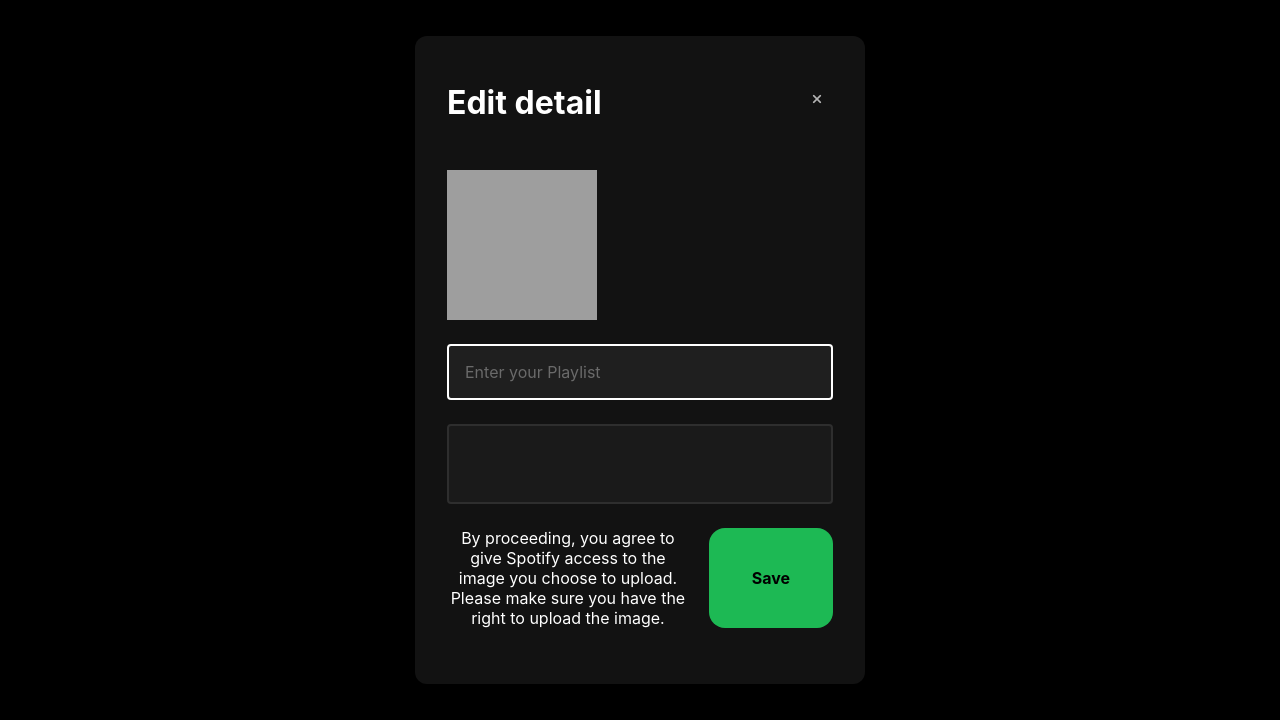
Repository: lannguyen1301/f8-zoom-module2
Page: nhap.html
An editor plug-in stored every save of this project. The page is shown before and after the next save, followed by the edit.
The browser window is 1280 px wide. The pictures show the whole page.
Pictures or frames that could not be fetched are drawn as grey boxes.

Above is the page before, as saved 2025-08-15 23:20:47.

### nhap.html
<!DOCTYPE html>
<html lang="en">

<head>
    <meta charset="UTF-8" />
    <meta name="viewport" content="width=device-width, initial-scale=1.0" />
    <title>Đen - Spotify</title>
    <!-- Font Awesome CDN -->
    <link rel="stylesheet" href="https://cdnjs.cloudflare.com/ajax/libs/font-awesome/6.5.1/css/all.min.css" />
    <link rel="stylesheet" href="css/reset.css" />
    <link rel="stylesheet" href="css/variables.css" />
    <link rel="stylesheet" href="css/components.css" />
    <link rel="stylesheet" href="css/layout.css" />
    <link rel="stylesheet" href="css/tooltips.css" />
    <link rel="stylesheet" href="css/responsive.css" />
    <style>
        .header-edit {
            display: flex;
            align-items: center;
            justify-content: space-between;
            margin-bottom: 48px;
            position: relative;
        }

        .modal-heading.header-edit-title {
            margin-bottom: 0;
        }

        .modal-close.modal-close-edit {
            position: absolute;
            top: 0;
            right: 0;


        }

        .profile-group {
            display: block;
            width: 150px;
            height: 150px;
            border-radius: 50%;
        }

        .profile-group .profile-img {
            display: block;
            width: 100%;
            height: 100%;
            object-fit: cover;
        }

        .input-profile {
            display: none;
        }

        .form-group .editor {
            height: auto;
            min-height: 80px;
            width: 100%;
            padding: var(--spacing-md);
            border: 2px solid var(--border-color);
            border-radius: var(--radius-sm);
            background-color: var(--bg-tertiary);
            color: var(--text-primary);
            font-size: 16px;
        }

        .editor::placeholder {
            color: var(--text-muted);
        }


        /* footer group */
        .footer-group {
            display: flex;
            gap: 20px;
        }
    </style>
</head>

<body>
    <div class="modal-overlay show" id="authModal">
        <div class="modal-container">


            <div class="modal-content">
                <!-- <div class="modal-logo">
                    <i class="fab fa-spotify"></i>
                </div> -->

                <!-- Sign Up Form -->
                <div class="auth-form" id="signupForm" style="display: block;">
                    <div class="header-edit">
                        <h1 class="modal-heading header-edit-title">
                            Edit detail
                        </h1>
                        <button class="modal-close modal-close-edit" id="modalClose">
                            <i class="fas fa-times"></i>
                        </button>
                    </div>
                    <form class="auth-form-content">
                        <!-- Avatar -->
                        <div class="form-group">
                            <label for="profile" class="profile-group">
                                <img src="./assets/img/avatar-icon.png" alt="" class="profile-img">
                            </label>
                            <input type="file" name="profile" id="profile" class="input-profile" multiple required
                                accept="image/*" autofocus readonly>
                        </div>

                        <!-- My Playlist -->
                        <div class="form-group">
                            <!-- <label for="name">Display Name</label> -->
                            <input type="text" name="name" id="name" class="form-input" maxlength="20" minlength="5"
                                pattern="[" size="30" placeholder="Enter your Playlist" autocomplete="on"
                                spellcheck="false" autofocus="">
                        </div>

                        <!-- textarea -->
                        <div class="form-group">
                            <label for="editor" onclick="editor.focus()" hidden>Nội dung</label>
                            <div id="editor" class="editor" contenteditable="" placeholder="Nhập nội dung..."
                                name="content" oninput="content.innerHTML = this.innerHTML"></div>
                            <textarea id="content" name="content" hidden=""></textarea>
                        </div>

                        <div class="footer-group">
                            <p class="footer-group-desc">By proceeding, you agree to give Spotify access to the image
                                you choose to upload. Please
                                make sure you have the right to upload the image.</p>
                            <button type="submit" class="auth-submit-btn">
                                Save
                            </button>
                        </div>
                    </form>
                </div>

                <!-- Login Form -->
                <div class="auth-form" id="loginForm" style="display: none">
                    <h1 class="modal-heading">Log in to Spotify</h1>

                    <form class="auth-form-content">
                        <div class="form-group">
                            <input type="email" placeholder="Email address" class="form-input" id="loginEmail">
                            <div class="error-message">
                                <i class="fas fa-info-circle"></i>
                                <span>Please enter a valid email
                                    address</span>
                            </div>
                        </div>

                        <div class="form-group">
                            <input type="password" placeholder="Password" class="form-input" id="loginPassword">
                            <div class="error-message">
                                <i class="fas fa-info-circle"></i>
                                <span>Please enter your password</span>
                            </div>
                        </div>

                        <button type="submit" class="auth-submit-btn">
                            Log In
                        </button>
                    </form>

                    <div class="auth-switch">
                        <span>Don't have an account? </span>
                        <button class="auth-link" id="showSignup">
                            Sign up here
                        </button>
                    </div>
                </div>
            </div>
        </div>
    </div>
    <!-- <script src="main.js" type="module"></script> -->
    <!-- <script src="main.js" type="module"></script> -->
</body>

</html>

### css/reset.css
/* Reset CSS */
* {
    margin: 0;
    padding: 0;
    box-sizing: border-box;
}

html,
body {
    height: 100%;
    font-family: "Circular", -apple-system, BlinkMacSystemFont, "Segoe UI",
        Roboto, Oxygen, Ubuntu, Cantarell, sans-serif;
    background-color: var(--bg-primary);
    color: var(--text-primary);
    overflow: hidden;
}

button {
    border: none;
    background: none;
    cursor: pointer;
    font-family: inherit;
}

input {
    border: none;
    outline: none;
    font-family: inherit;
}

img {
    display: block;
    max-width: 100%;
    height: auto;
}

a {
    text-decoration: none;
    color: inherit;
}

ul,
ol {
    list-style: none;
}

/* Font Awesome icon base styles */
i {
    display: inline-block;
    font-style: normal;
}

### css/variables.css
/* CSS Variables */
:root {
    /* Colors */
    --bg-primary: #000000;
    --bg-secondary: #121212;
    --bg-tertiary: #1a1a1a;
    --bg-hover: #1f1f1f;
    --bg-active: #2a2a2a;

    --text-primary: #ffffff;
    --text-secondary: #b3b3b3;
    --text-muted: #6a6a6a;

    --accent-primary: #1db954;
    --accent-hover: #1ed760;
    --accent-active: #169c46;

    --border-color: #2e2e2e;
    --shadow: rgba(0, 0, 0, 0.5);

    /* Spacing */
    --spacing-xs: 4px;
    --spacing-sm: 8px;
    --spacing-md: 16px;
    --spacing-lg: 24px;
    --spacing-xl: 32px;
    --spacing-2xl: 48px;

    /* Border radius */
    --radius-sm: 4px;
    --radius-md: 8px;
    --radius-lg: 12px;
    --radius-xl: 16px;
    --radius-full: 50%;

    /* Transitions */
    --transition-fast: 0.15s ease;
    --transition-normal: 0.3s ease;
    --transition-slow: 0.5s ease;

    /* Z-index */
    --z-sidebar: 10;
    --z-header: 20;
    --z-player: 30;
    --z-modal: 40;
    --z-tooltip: 50;
}

### css/layout.css
/* Layout Styles */

.app-container {
    display: grid;
    grid-template-areas:
        "sidebar main"
        "player player";
    grid-template-columns: 280px 1fr;
    grid-template-rows: 1fr 72px;
    height: 100vh;
    gap: var(--spacing-sm);
    padding: var(--spacing-sm);
    background-color: var(--bg-primary);
}

/* Sidebar */
.sidebar {
    grid-area: sidebar;
    background-color: var(--bg-secondary);
    border-radius: var(--radius-md);
    padding: var(--spacing-lg);
    overflow-y: auto;
    z-index: var(--z-sidebar);
}

.sidebar-header {
    margin-bottom: var(--spacing-xl);
}

.logo i {
    font-size: 32px;
    color: var(--text-primary);
}

.sidebar-nav {
    display: flex;
    flex-direction: column;
    gap: var(--spacing-md);
}

.nav-section {
    display: flex;
    align-items: center;
    justify-content: space-between;
    margin-bottom: var(--spacing-md);
}

.nav-section .section-title {
    font-size: 16px;
    font-weight: 700;
    color: var(--text-secondary);
}

.nav-tabs {
    display: flex;
    gap: var(--spacing-sm);
    margin-bottom: var(--spacing-md);
}

.library-content {
    display: flex;
    flex-direction: column;
    gap: var(--spacing-xs);
}

/* Main Content */
.main-content {
    grid-area: main;
    background: linear-gradient(
        to bottom,
        #535353 0%,
        var(--bg-secondary) 250px
    );
    border-radius: var(--radius-md);
    display: flex;
    flex-direction: column;
    overflow: hidden;
}

.main-header {
    display: flex;
    align-items: center;
    justify-content: space-between;
    padding: var(--spacing-md) var(--spacing-lg);
    background-color: transparent;
    z-index: var(--z-header);
}

.search-container {
    flex: 1;
    display: flex;
    justify-content: flex-start;
    max-width: 420px;
}

.header-actions {
    display: flex;
    align-items: center;
    gap: var(--spacing-lg);
}

.auth-buttons {
    display: none;
    align-items: center;
    gap: var(--spacing-md);
}

.auth-buttons.show {
    display: flex;
}

.user-info {
    display: flex;
    align-items: center;
    /* justify-content: center; */
    gap: 8px;
}

.user-info.show {
    display: flex;
}

.content-wrapper {
    flex: 1;
    padding: 0 var(--spacing-lg) var(--spacing-lg);
    overflow-y: auto;
}

/* Player */
.player {
    grid-area: player;
    background-color: var(--bg-secondary);
    border-radius: var(--radius-md);
    padding: var(--spacing-md) var(--spacing-lg);
    display: flex;
    align-items: center;
    justify-content: space-between;
    z-index: var(--z-player);
    border-top: 1px solid var(--border-color);
}

.player-left {
    display: flex;
    align-items: center;
    gap: var(--spacing-md);
    min-width: 0;
    flex: 1;
    max-width: 300px;
}

.player-image {
    width: 56px;
    height: 56px;
    border-radius: var(--radius-sm);
    object-fit: cover;
}

.player-info {
    min-width: 0;
    flex: 1;
}

.player-title {
    font-size: 14px;
    font-weight: 400;
    color: var(--text-primary);
    white-space: nowrap;
    overflow: hidden;
    text-overflow: ellipsis;
    margin-bottom: 2px;
}

.player-artist {
    font-size: 11px;
    color: var(--text-secondary);
    white-space: nowrap;
    overflow: hidden;
    text-overflow: ellipsis;
}

.player-center {
    display: flex;
    flex-direction: column;
    align-items: center;
    gap: var(--spacing-sm);
    flex: 2;
    max-width: 722px;
}

.player-controls {
    display: flex;
    align-items: center;
    gap: var(--spacing-md);
}

.progress-container {
    display: flex;
    align-items: center;
    gap: var(--spacing-md);
    width: 100%;
}

.progress-bar {
    flex: 1;
}

.time {
    font-size: 11px;
    color: var(--text-secondary);
    min-width: 40px;
    text-align: center;
    font-weight: 400;
}

.player-right {
    display: flex;
    align-items: center;
    gap: var(--spacing-md);
    flex: 1;
    justify-content: flex-end;
    max-width: 300px;
}

.volume-container {
    display: flex;
    align-items: center;
    gap: var(--spacing-sm);
}

.volume-bar {
    width: 93px;
}

/* Scrollbar styling */
::-webkit-scrollbar {
    width: 12px;
}

::-webkit-scrollbar-track {
    background: transparent;
}

::-webkit-scrollbar-thumb {
    background: var(--bg-tertiary);
    border-radius: 6px;
    border: 2px solid transparent;
    background-clip: content-box;
}

::-webkit-scrollbar-thumb:hover {
    background: var(--bg-hover);
    background-clip: content-box;
}

### css/tooltips.css
.control-btn .tooltiptext {
    visibility: hidden;
    width: 120px;
    background-color: #555;
    color: #fff;
    text-align: center;
    border-radius: 6px;
    padding: 5px 0;
    position: absolute;
    z-index: 1;
    bottom: 125%;
    left: 50%;
    margin-left: -60px;
    opacity: 0;
    transition: opacity 0.3s;
}

.control-btn .tooltiptext::after {
    content: "";
    position: absolute;
    top: 100%;
    left: 50%;
    margin-left: -5px;
    border-width: 5px;
    border-style: solid;
    border-color: #555 transparent transparent transparent;
}

.control-btn:hover .tooltiptext {
    visibility: visible;
    opacity: 1;
}

### css/responsive.css
/* Responsive Styles */

/* Large Desktop */
@media (min-width: 1200px) {
    .artist-name {
        font-size: 96px;
    }

    .track-item {
        grid-template-columns: 16px 40px 4fr 1fr auto auto auto;
    }
}

/* Desktop */
@media (max-width: 1199px) and (min-width: 1024px) {
    .artist-name {
        font-size: 72px;
    }

    .track-item {
        grid-template-columns: 16px 40px 3fr 1fr auto auto auto;
    }
}

/* Tablet */
@media (max-width: 1023px) and (min-width: 768px) {
    .app-container {
        grid-template-columns: 240px 1fr;
    }

    .sidebar {
        padding: var(--spacing-md);
    }

    .artist-name {
        font-size: 48px;
    }

    .artist-hero {
        height: 280px;
    }

    .hero-content {
        bottom: var(--spacing-md);
        left: var(--spacing-md);
    }

    .track-item {
        grid-template-columns: 16px 40px 2fr auto auto auto;
        gap: var(--spacing-sm);
    }

    .track-plays {
        display: none;
    }

    .player-center {
        flex: 1.5;
    }

    .search-container {
        max-width: 300px;
    }
}

/* Mobile */
@media (max-width: 767px) {
    .app-container {
        grid-template-areas:
            "main"
            "player";
        grid-template-columns: 1fr;
        grid-template-rows: 1fr 72px;
        gap: 0;
        padding: 0;
    }

    .sidebar {
        display: none;
    }

    .main-content {
        border-radius: 0;
    }

    .main-header {
        padding: var(--spacing-md);
        flex-wrap: wrap;
        gap: var(--spacing-md);
    }

    .header-left {
        order: 1;
        flex: 0 0 auto;
    }

    .search-container {
        order: 3;
        flex: 1 1 100%;
        max-width: none;
    }

    .search-box {
        width: 100%;
    }

    .search-input {
        min-width: auto;
    }

    .artist-hero {
        height: 200px;
        margin: 0 -16px var(--spacing-md) -16px;
    }

    .hero-content {
        bottom: var(--spacing-sm);
        left: var(--spacing-sm);
    }

    .artist-name {
        font-size: 32px;
    }

    .monthly-listeners {
        font-size: 14px;
    }

    .content-wrapper {
        padding: 0 var(--spacing-md) var(--spacing-md);
    }

    .artist-controls {
        gap: var(--spacing-md);
        margin-bottom: var(--spacing-lg);
    }

    .play-btn-large {
        width: 48px;
        height: 48px;
    }

    .play-btn-large i {
        font-size: 20px;
    }

    .player-left {
        display: none;
    }

    .track-item {
        grid-template-columns: 16px 40px 1fr auto auto;
        gap: var(--spacing-sm);
        padding: var(--spacing-sm);
    }

    .track-plays {
        display: none;
    }

    .track-menu-btn {
        display: none;
    }

    .section-title {
        font-size: 20px;
    }

    .player {
        border-radius: 0;
        padding: var(--spacing-md);
        border-top: 1px solid var(--border-color);
    }

    .player-left {
        flex: 0 0 auto;
        min-width: 120px;
        max-width: 150px;
    }

    .player-image {
        width: 48px;
        height: 48px;
    }

    .player-info {
        max-width: 100px;
    }

    .player-title {
        font-size: 12px;
    }

    .player-artist {
        font-size: 10px;
    }

    .player-center {
        flex: 1;
        max-width: none;
    }

    .player-controls {
        gap: var(--spacing-sm);
    }

    .control-btn {
        width: 28px;
        height: 28px;
    }

    .control-btn i {
        font-size: 14px;
    }

    .play-btn {
        width: 32px;
        height: 32px;
    }

    .play-btn i {
        font-size: 14px;
    }

    .player-right {
        flex: 0 0 auto;
        gap: var(--spacing-sm);
        max-width: 120px;
    }

    .volume-container {
        display: none;
    }

    .progress-container {
        gap: var(--spacing-sm);
    }

    .time {
        font-size: 10px;
        min-width: 32px;
    }

    .pip-btn {
        display: none;
    }
}

/* Small Mobile */
@media (max-width: 480px) {
    .artist-name {
        font-size: 28px;
    }

    .verified-badge {
        font-size: 12px;
    }

    .verified-badge i {
        font-size: 14px;
    }

    .track-item {
        grid-template-columns: 16px 32px 1fr auto;
        gap: var(--spacing-xs);
    }

    .track-image img {
        width: 32px;
        height: 32px;
    }

    .track-name {
        font-size: 14px;
    }

    .track-duration {
        font-size: 12px;
    }

    .like-btn {
        display: none;
    }

    .player-left {
        min-width: 100px;
        max-width: 120px;
    }

    .player-info {
        max-width: 80px;
    }

    .player-right .control-btn:not(:nth-child(2)) {
        display: none;
    }

    .following-btn {
        font-size: 12px;
        padding: var(--spacing-xs) var(--spacing-sm);
    }
}

/* Hover states for touch devices */
@media (hover: none) {
    .like-btn,
    .track-menu-btn {
        opacity: 1;
    }

    .progress-handle,
    .volume-handle {
        opacity: 1;
    }
}

/* High DPI displays */
@media (-webkit-min-device-pixel-ratio: 2), (min-resolution: 192dpi) {
    .hero-image {
        image-rendering: -webkit-optimize-contrast;
        image-rendering: crisp-edges;
    }
}

/* Reduced motion */
@media (prefers-reduced-motion: reduce) {
    * {
        animation-duration: 0.01ms !important;
        animation-iteration-count: 1 !important;
        transition-duration: 0.01ms !important;
    }
}

/* Print styles */
@media print {
    .app-container {
        display: block;
    }

    .sidebar,
    .player {
        display: none;
    }

    .main-content {
        border-radius: 0;
        background: white;
        color: black;
    }

    .hero-overlay {
        display: none;
    }
}

Loaded but not shown: css/components.css (1104 lines, source omitted)

After the next save:
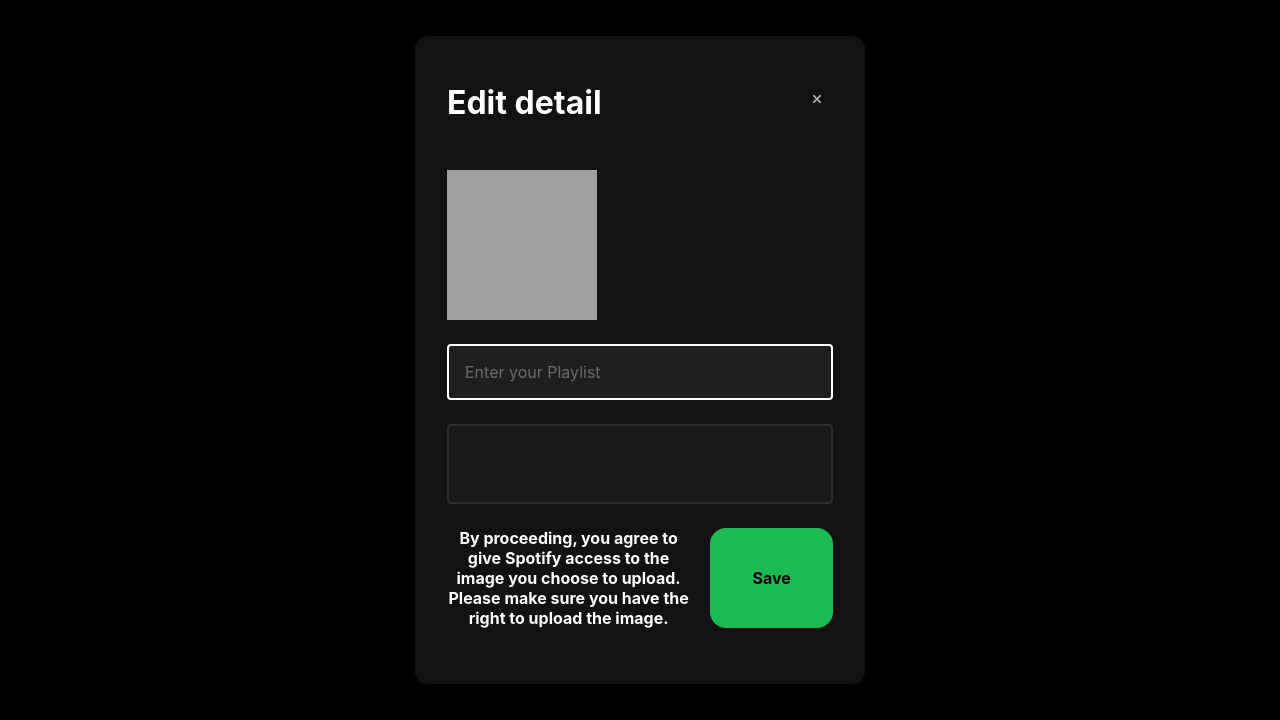
Saved 20 s later.
--- a/nhap.html
+++ b/nhap.html
@@ -73,6 +73,11 @@
         .footer-group {
             display: flex;
             gap: 20px;
+        }
+
+        .footer-group-desc {
+            font-size: 16px;
+            font-weight: bold;
         }
     </style>
 </head>
